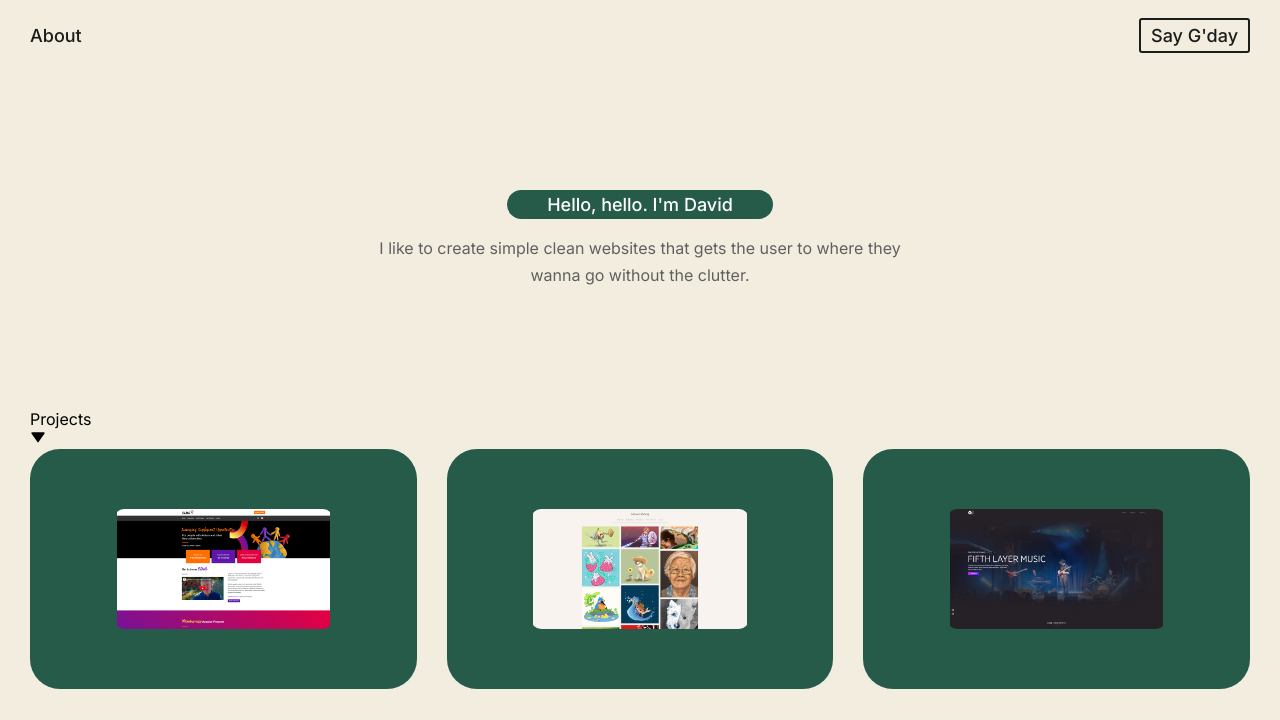
Repository: David-Waite/David-Waite-Portfolio
Page: /
An editor plug-in stored every save of this project. The page is shown before and after the next save, followed by the edit.
The browser window is 1280 px wide. The pictures show the whole page.
The project was rebuilt for these pictures with package versions that can differ from the ones it lists, and the page was loaded fresh each time. The framework's server and built-in components were replaced by stand-ins that run in the browser. Also part of the build but not shown: next.config.js.

Above is the page before, as saved 2023-07-26 13:38:21.

After the next save:
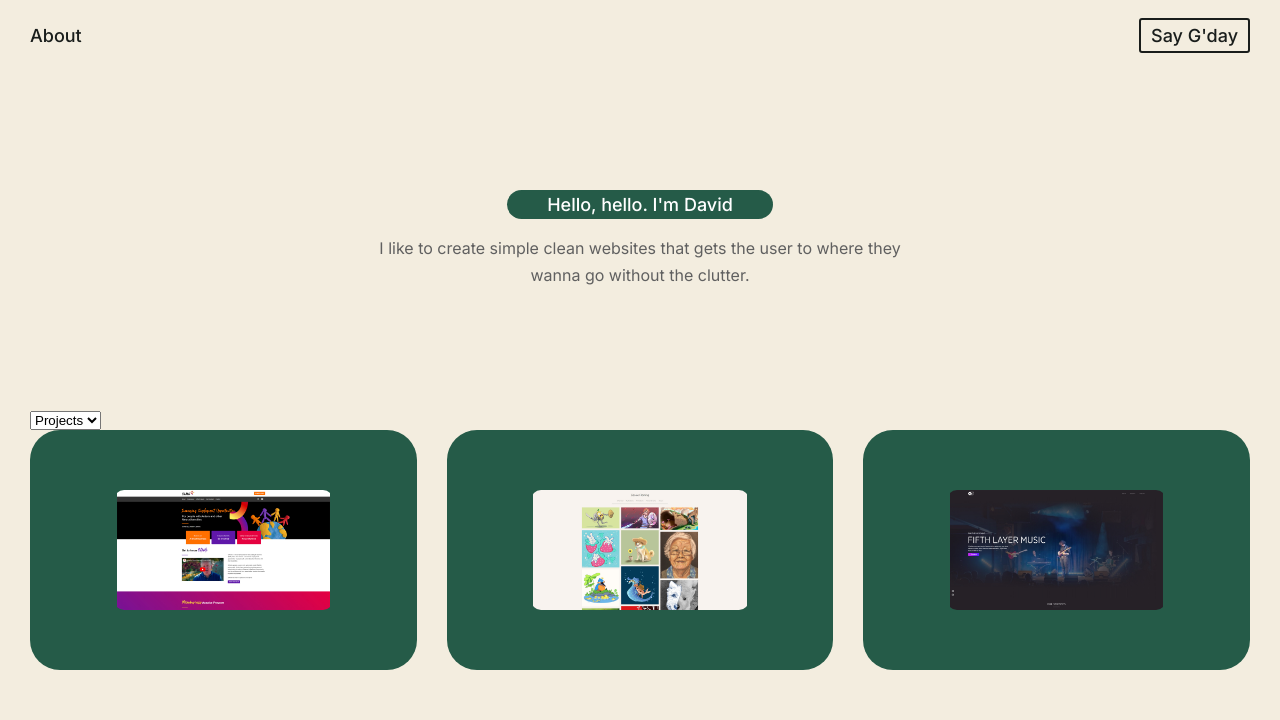
Saved 19 s later.
--- a/app/page.tsx
+++ b/app/page.tsx
@@ -1,8 +1,6 @@
 import Projects from "./components/Nav/Home/Projects/Projects";
 import styles from "./page.module.css";
 import Image from "next/image";
-import { BiSolidDownArrow } from "react-icons/bi";
-
 export default function Home() {
   return (
     <main className={styles.main}>
@@ -15,11 +13,10 @@ export default function Home() {
       </div>
       <label htmlFor="enquiring"></label>
 
-      <div>
-        <div>Projects</div>
-        <BiSolidDownArrow />
-      </div>
-
+      <select name="enquiring" id="enquiring">
+        <option value="Entertainment">Projects</option>
+        <option value="Studio/Recording">Works</option>
+      </select>
       <Projects />
     </main>
   );
